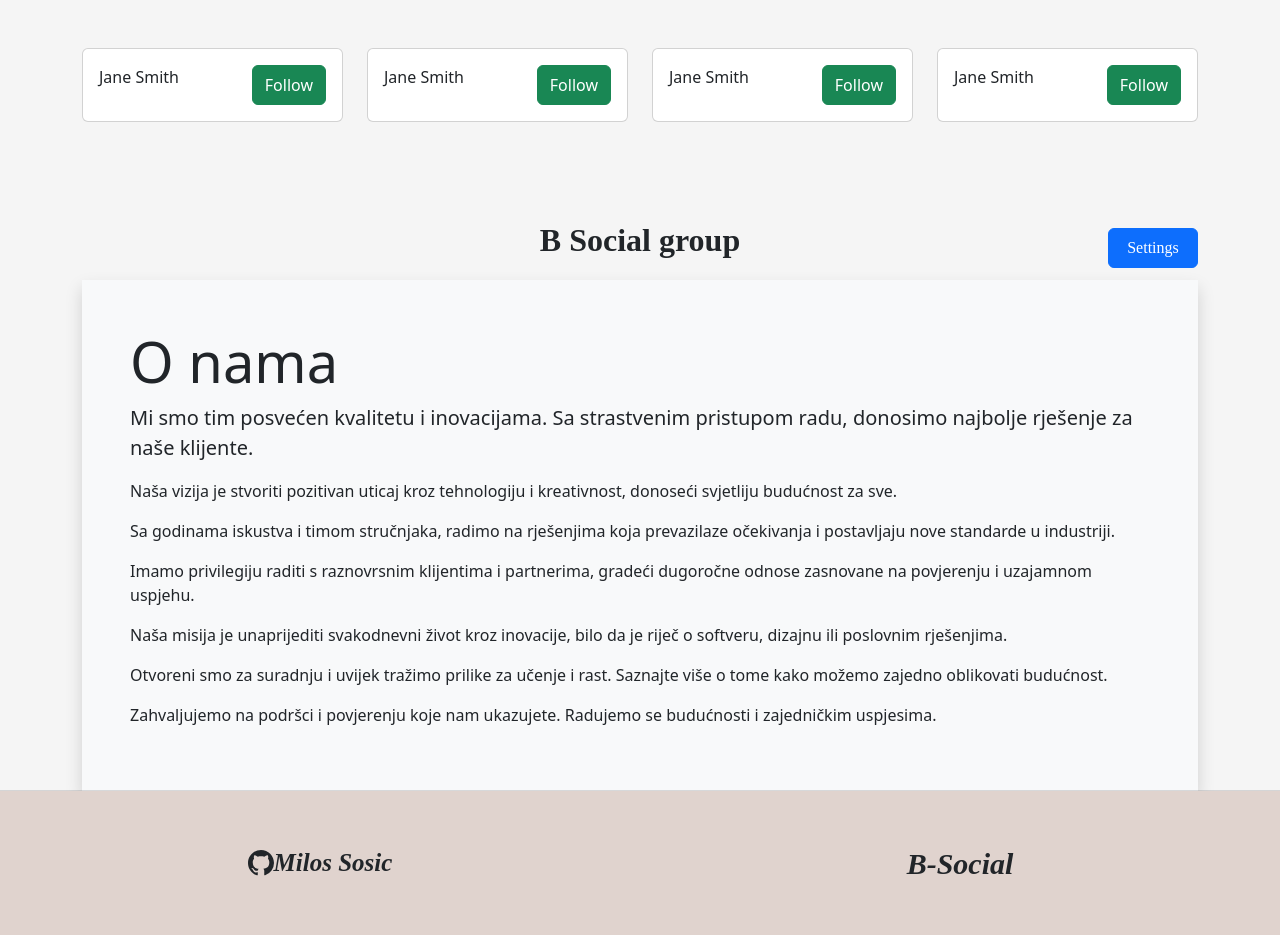
Repository: mcedo1/b-Social-app
Page: /aboutUs
An editor plug-in stored every save of this project. The page is shown before and after the next save, followed by the edit.
The browser window is 1280 px wide. The pictures show the whole page.
The project was rebuilt for these pictures with package versions that can differ from the ones it lists, and the page was loaded fresh each time. Also part of the build but not shown: src/components/log.reg.component/Login.js, src/components/log.reg.component/Registration.js, src/components/submain.component/Submain.css, src/components/submain.component/Comment.js, src/components/submain.component/Modal.js, src/components/submain.component/Post.js, src/components/submain.component/followers.component/FollowerComponet.js, src/components/submain.component/Submain.js and 1 more.

Above is the page before, as saved 2024-02-03 15:06:52.

After the next save:
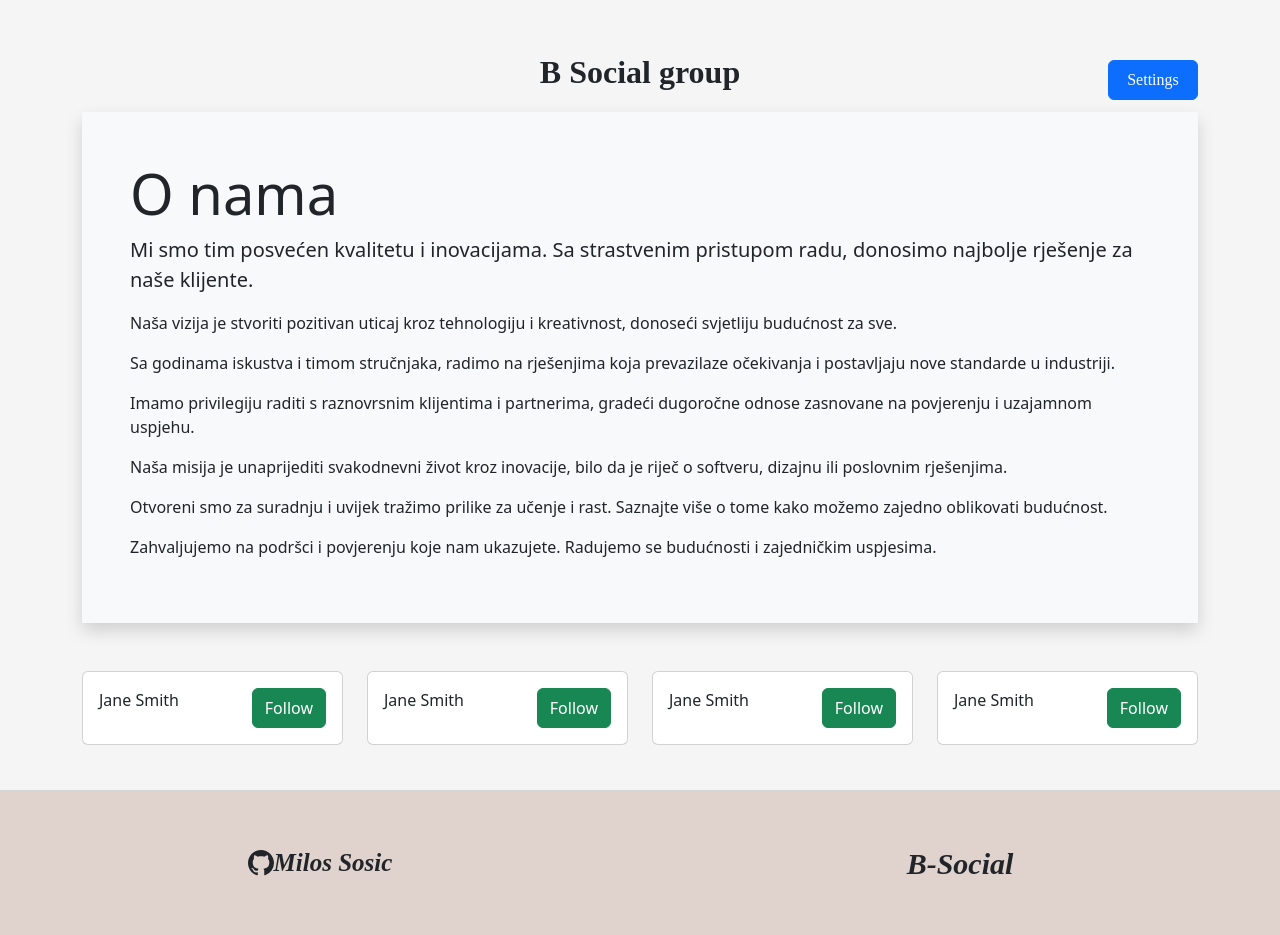
Saved 25 s later.
--- a/src/components/about.us.component/AboutUs.js
+++ b/src/components/about.us.component/AboutUs.js
@@ -5,7 +5,6 @@ import NewFollowers from "./NewFollowers";
 const AboutUsCommponent = () => {
      return (
           <div style={{flex:1, justifyContent:'column'}}>
-          <NewFollowers/>
                <div className="container mt-5">
                     <SideBar />
                     <div className="jumbotron bg-light p-5 shadow">
@@ -47,6 +46,7 @@ const AboutUsCommponent = () => {
                          </p>
                     </div>
                </div>
+<NewFollowers/>
           </div>
      );
 };
